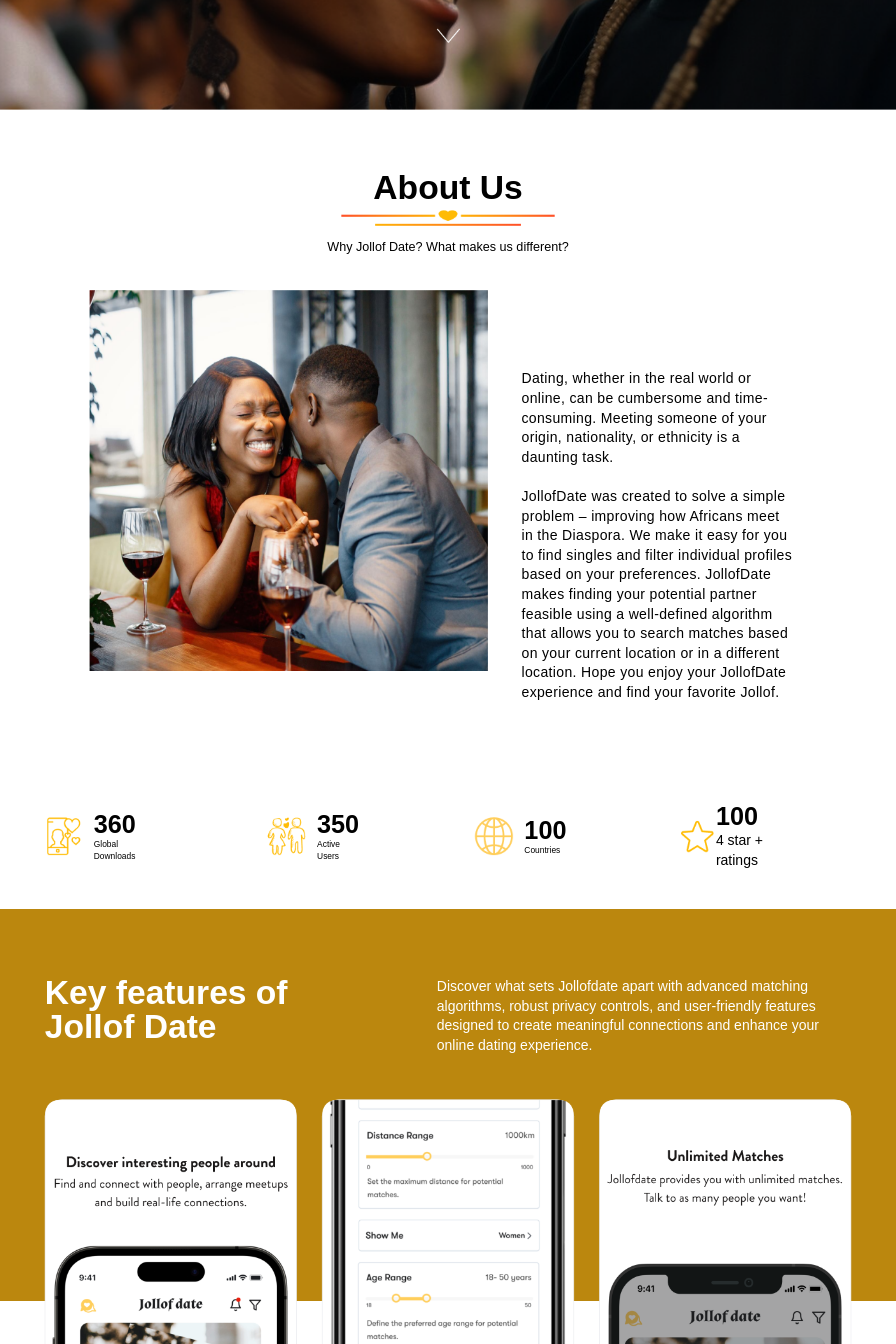
Repository: FarhanNasiru/jollofdate-frontend
Page: /
The author's editor kept a copy of each file at every save. The page is drawn from the files as they stood at one save, then again after the next save.
The browser window is 1280 px wide. The pictures show the part of the page from y = 331 to 2251 px (the page is 6868 px tall before and 6996 px after), at 70% of full size.
Some web fonts or font styles are not loaded; a fallback is used. The project was rebuilt for these pictures with package versions that can differ from the ones it lists, and the page was loaded fresh each time. Also part of the build but not shown: vite.config.js, src/Pages/Footer2.jsx, src/components/Header2.jsx, src/Pages/privacy.jsx, src/Pages/Term.jsx.

Above is the page before, as saved 2024-08-20 16:41:39.

After the next save:
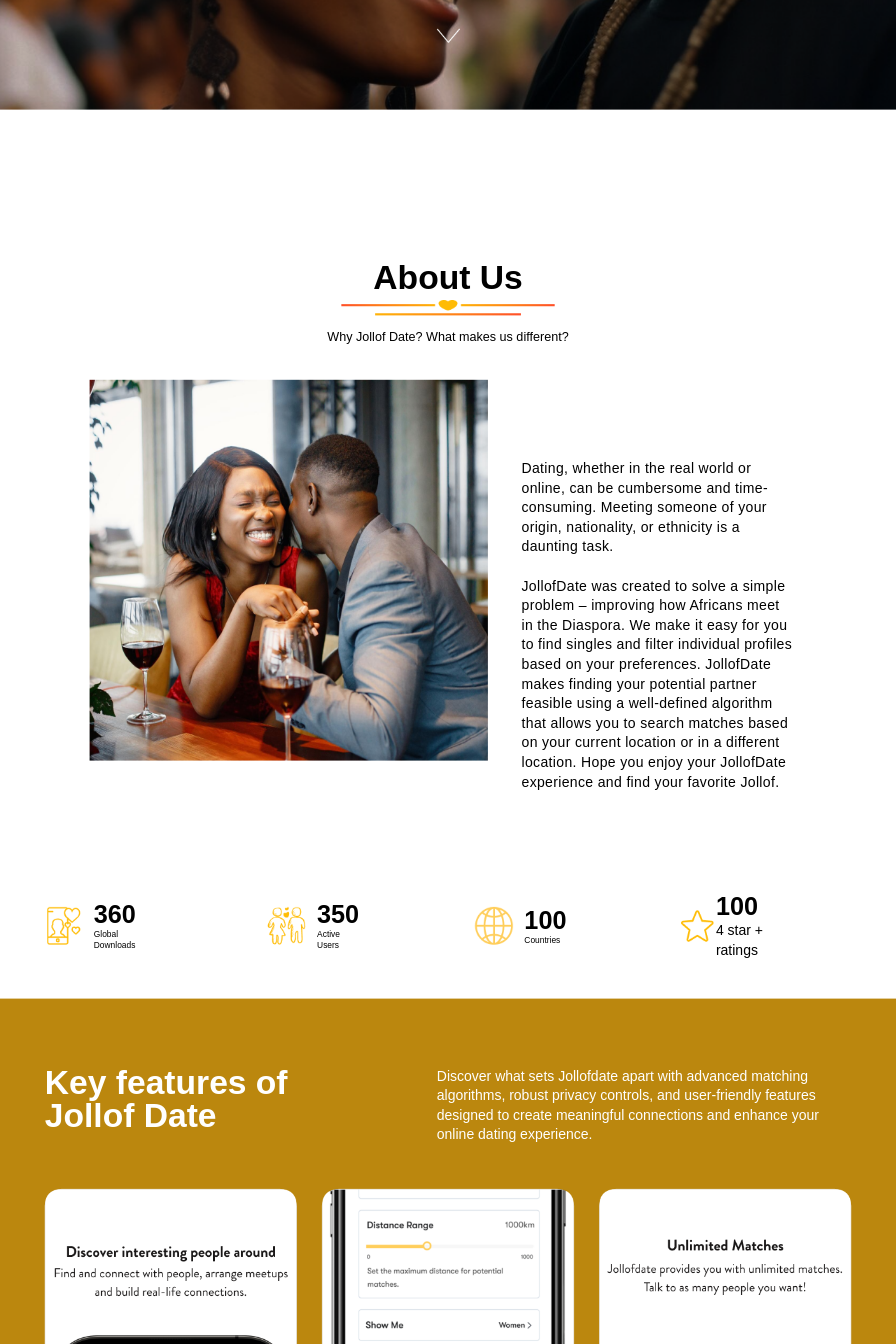
Saved 17 s later.
--- a/src/Pages/Home.jsx
+++ b/src/Pages/Home.jsx
@@ -14,7 +14,7 @@
       <Header />
       <section
         id="home"
-        className="pl-8 pr-8 justify-center bg-center bg-no-repeat items-center w-full lg: lg:pb-9 bg-[url('/Images/Home-bg.png')] "
+        className="pl-8 pr-8 justify-center bg-center bg-no-repeat items-center w-full lg:mb-32 lg:pb-9 bg-[url('/Images/Home-bg.png')] "
       >
         <h1 className="  text-wrap text-white text-7xl md:text-7xl  font-medium md:font-semibold text-center pb-6 h-auto">
           Africans. Meet. Date. Connect.{" "}
